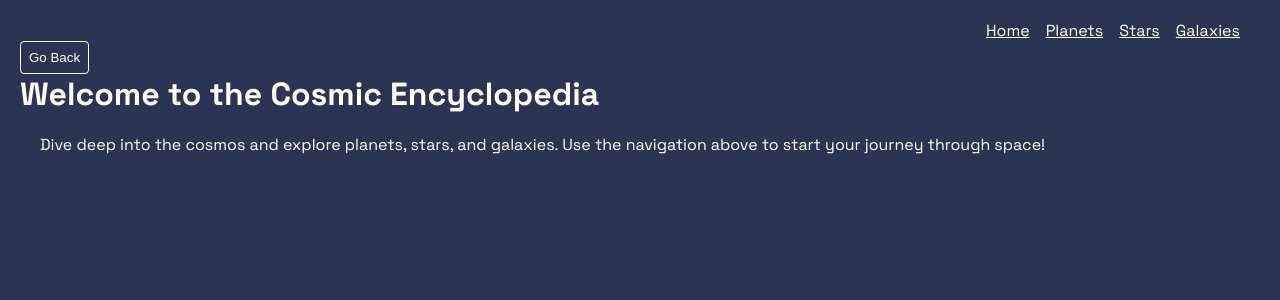
Repository: rmdayberry/Cosmic-Encyclopedia
Page: /
The author's editor kept a copy of each file at every save. The page is drawn from the files as they stood at one save, then again after the next save.
The browser window is 1280 px wide. The pictures show the whole page.
The project was rebuilt for these pictures with package versions that can differ from the ones it lists, and the page was loaded fresh each time. Also part of the build but not shown: vite.config.js, src/data/celestialData.js, src/pages/ContentPage.jsx.

Above is the page before, as saved 2024-08-31 10:28:53.

### index.html
<!DOCTYPE html>
<html lang="en">
  <head>
    <meta charset="UTF-8" />
    <meta name="viewport" content="width=device-width, initial-scale=1.0" />
    <title>Cosmic Encyclopedia</title>
  </head>
  <body>
    <div id="root"></div>
    <script type="module" src="/src/main.jsx"></script>
  </body>
</html>

### src/App.jsx
import { BrowserRouter as Router, Routes, Route } from "react-router-dom";
import NavBar from "./NavBar";
import NavigateBackButton from "./NavigateBackButton";

//pages
import Homepage from "./pages/Homepage";
import ContentPage from "./pages/ContentPage";

function App() {
  return (
    <Router>
      <NavBar />
      <NavigateBackButton />
      <Routes>
        <Route path="/" element={<Homepage />} />
        <Route path="/:id" element={<ContentPage />} />
      </Routes>
    </Router>
  );
}

export default App;

### src/index.css
@import url("https://fonts.googleapis.com/css2?family=Space+Grotesk:wght@300..700&display=swap");

:root {
  --primary: #2b3452;
}

body {
  margin: 0;
  padding: 20px;
  font-family: "Space Grotesk";
  background-color: var(--primary);
}
* {
  color: #fff;
  margin: 0;
}

p {
  margin: 20px;
}

button {
  border: 1px solid white;
  padding: 8px;
  border-radius: 4px;
  color: white;
  background: var(--primary);
  cursor: pointer;
}

nav {
  display: flex;
  gap: 16px;
  justify-content: end;
  max-width: 1200px;
  margin: auto;
}
nav a.active {
  background-color: ;
}

### src/NavBar.js
import { Link } from "react-router-dom";

export default function NavBar() {
  return (
    <nav>
      <Link to="/">Home</Link>
      <Link to="/planets">Planets</Link>
      <Link to="/stars">Stars</Link>
      <Link to="/galaxies">Galaxies</Link>
    </nav>
  );
}

### src/NavigateBackButton.jsx
import { useNavigate } from "react-router-dom";

const NavigateBackButton = () => {
  const navigate = useNavigate();

  return <button onClick={() => navigate(-1)}>Go Back</button>;
};

export default NavigateBackButton;

### src/pages/Homepage.js
const Homepage = () => {
  return (
    <div>
      <h1>Welcome to the Cosmic Encyclopedia </h1>
      <p>
        Dive deep into the cosmos and explore planets, stars, and galaxies. Use
        the navigation above to start your journey through space!
      </p>
    </div>
  );
};

export default Homepage;

Loaded but not shown: src/main.jsx (common file)

After the next save:
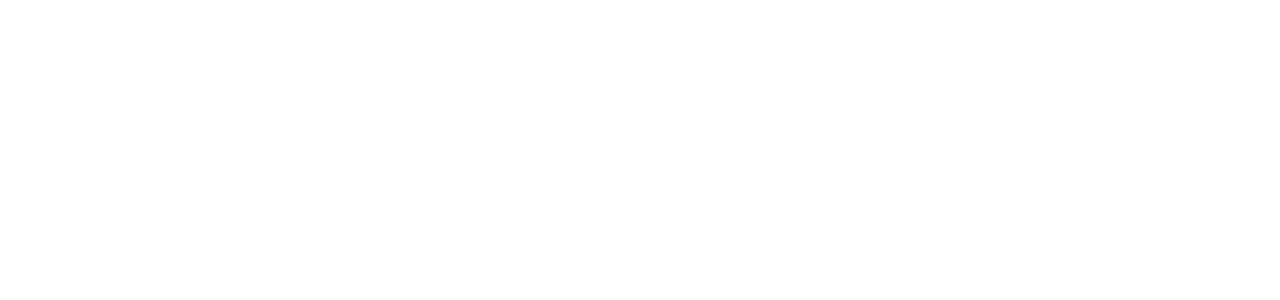
Saved 49 s later.
--- a/src/index.css
+++ b/src/index.css
@@ -1,7 +1,9 @@
 @import url("https://fonts.googleapis.com/css2?family=Space+Grotesk:wght@300..700&display=swap");
 
 :root {
-  --primary: #2b3452;
+  --primary: #
+  --secondary: #2b3452;
+
 }
 
 body {

After the 2 saves that followed:
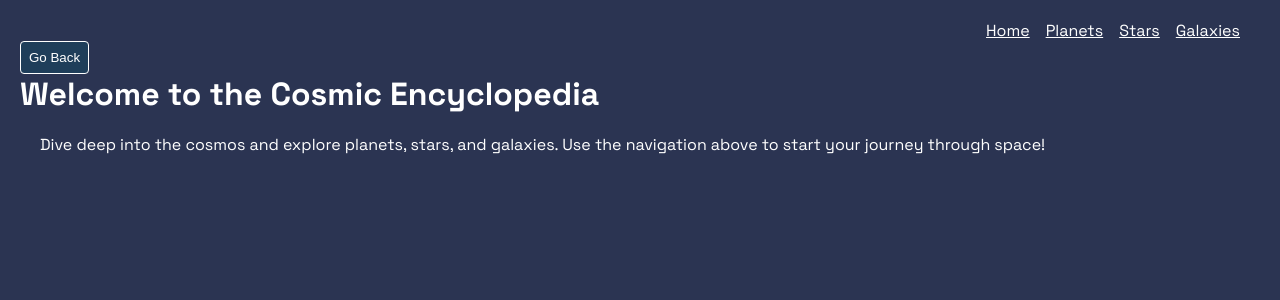
The 2 saves are shown as one change because 1 left the picture as it was.
The last was saved 105 s later.
--- a/src/index.css
+++ b/src/index.css
@@ -1,16 +1,15 @@
 @import url("https://fonts.googleapis.com/css2?family=Space+Grotesk:wght@300..700&display=swap");
 
 :root {
-  --primary: #
+  --primary: #1f3e5a;
   --secondary: #2b3452;
-
 }
 
 body {
   margin: 0;
   padding: 20px;
   font-family: "Space Grotesk";
-  background-color: var(--primary);
+  background-color: var(--secondary);
 }
 * {
   color: #fff;
